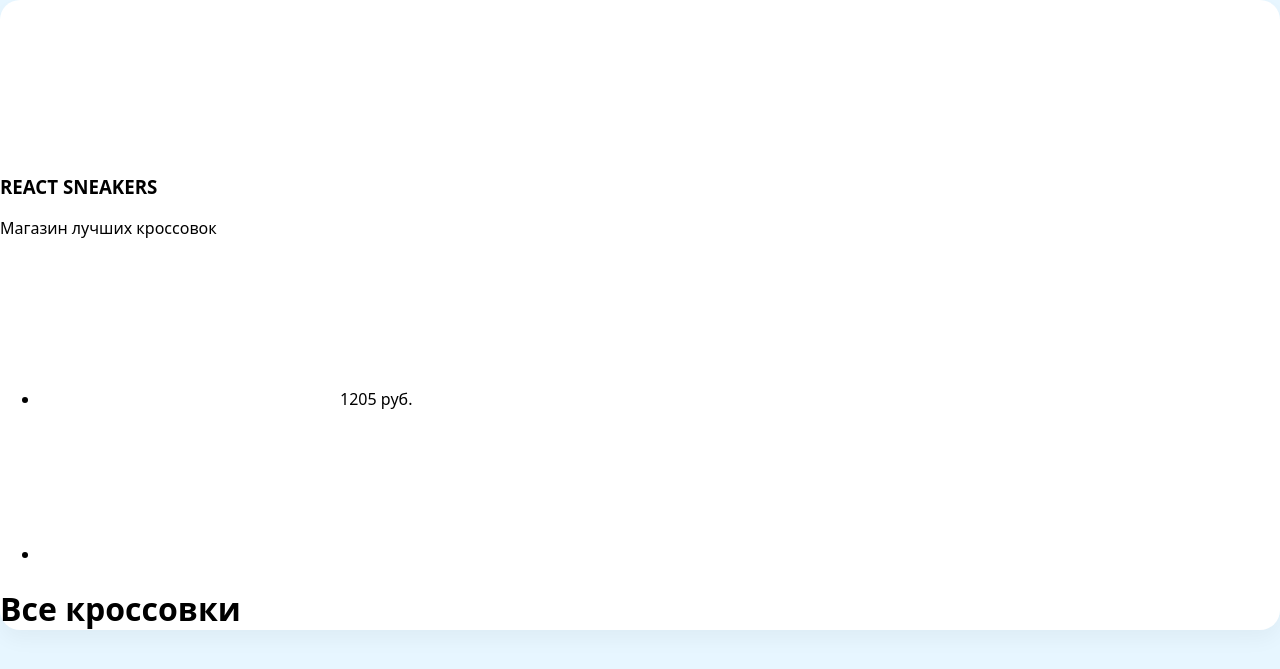
Repository: VaheHarutyunyan/react-sneakers
Page: /
These files come from the project's save history. The page is drawn as it stood at one moment and after the next save; the edit follows.
The browser window is 1280 px wide. The pictures show the whole page.
The project was rebuilt for these pictures with package versions that can differ from the ones it lists, and the page was loaded fresh each time.

Above is the page before, as saved 2021-07-22 12:03:26.

After the next save:
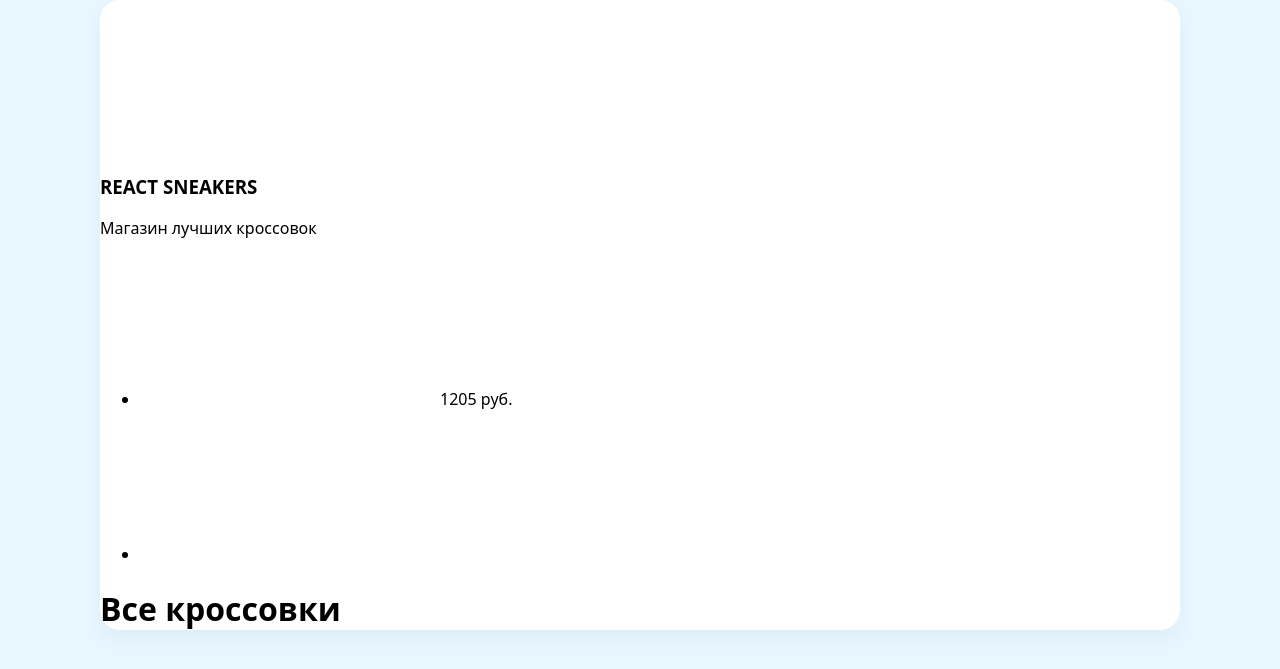
Saved 30 s later.
--- a/src/index.scss
+++ b/src/index.scss
@@ -9,4 +9,6 @@
   background: #FFFFFF;
   box-shadow: 0px 10px 20px rgba(0, 0, 0, 0.04);
   border-radius: 20px;
+  max-width: 1080px;
+  margin: 0 auto;
 }
